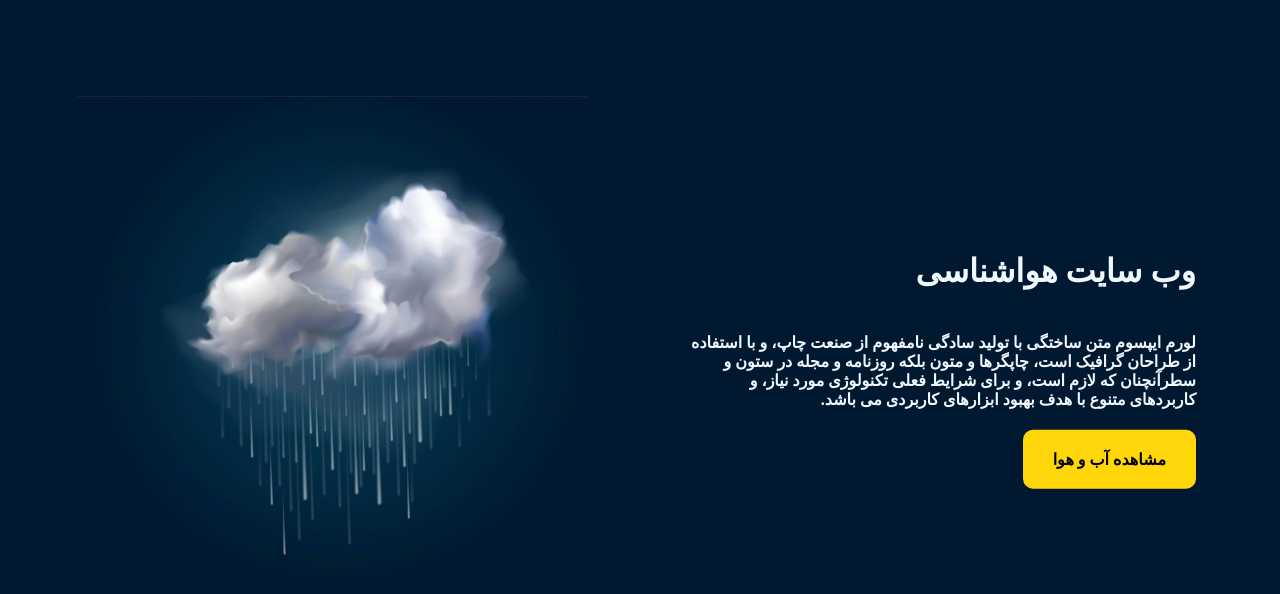
Repository: fateme81yosefi/weather
Page: landing/Landing.html
An editor plug-in stored every save of this project. The page is shown before and after the next save, followed by the edit.
The browser window is 1280 px wide. The pictures show the whole page.
Some web fonts or font styles are not loaded; a fallback is used.

Above is the page before, as saved 2025-02-02 17:11:32.

After the next save:
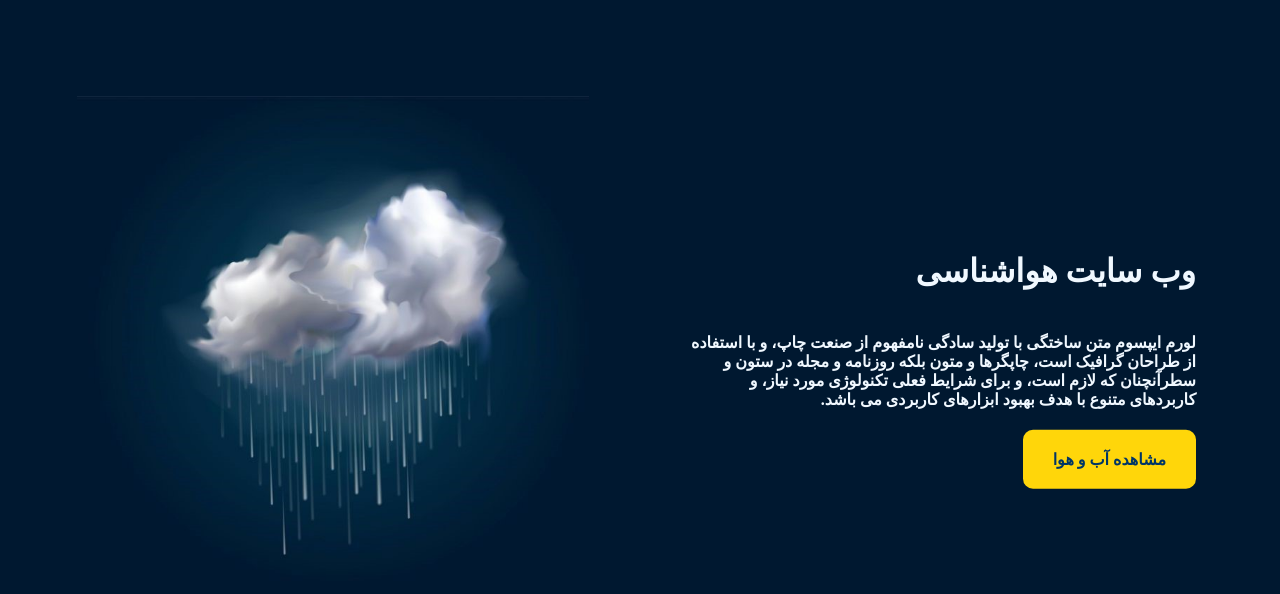
Saved 4 s later.
--- a/landing/style/landing.css
+++ b/landing/style/landing.css
@@ -75,7 +75,7 @@ body {
     font-family: vazir;
     font-weight: bold;
     font-size: medium;
-    color: 003566;
+    color: #003566;
   }
   .container-landing {
     background-position: left;
